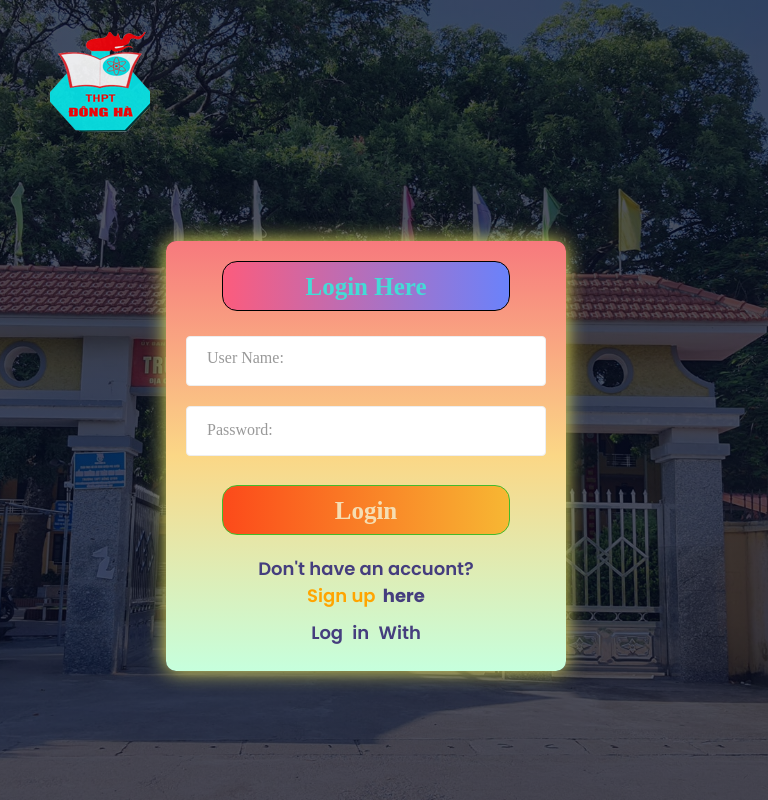
Repository: tung1233hhhhhhhhhhhhh/login-demo
Page: index.html
The author's editor kept a copy of each file at every save. The page is drawn from the files as they stood at one save, then again after the next save.
The browser window is 768 px wide. The pictures show the whole page.
Some web fonts or font styles are not loaded; a fallback is used.

Above is the page before, as saved 2023-02-08 16:18:42.

After the next save:
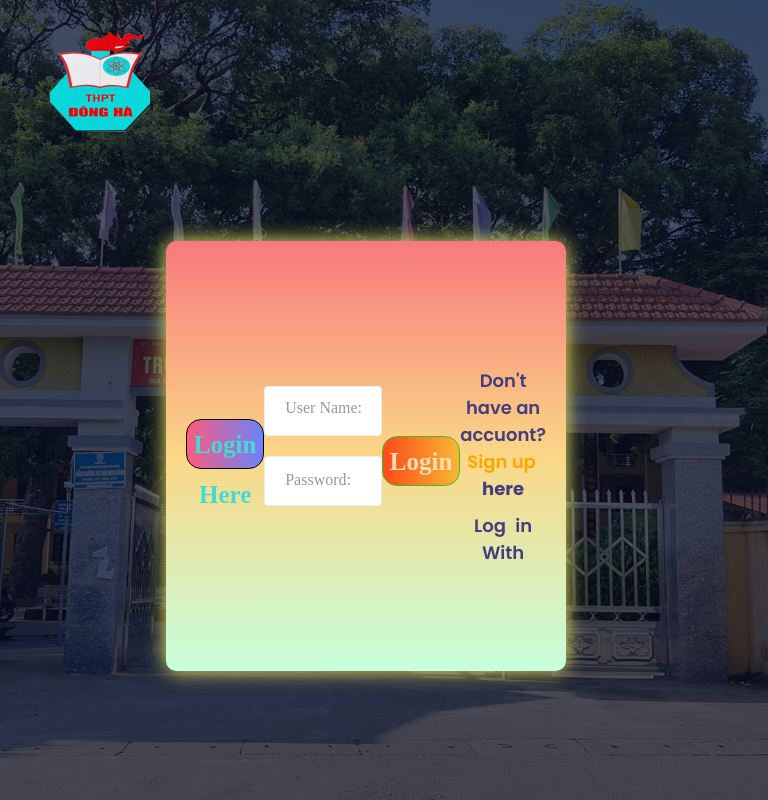
Saved 31 s later.
--- a/main.css
+++ b/main.css
@@ -193,8 +193,9 @@
 }
 
 @media screen and (max-width: 1023.98px) {
-    /* .form-box {
-        width: 80%;
-        height: 300px;
-    } */
-}
+    .form-box {
+        display: flex;
+        justify-content: center;
+        align-items: center;
+    }
+}

After the save that followed:
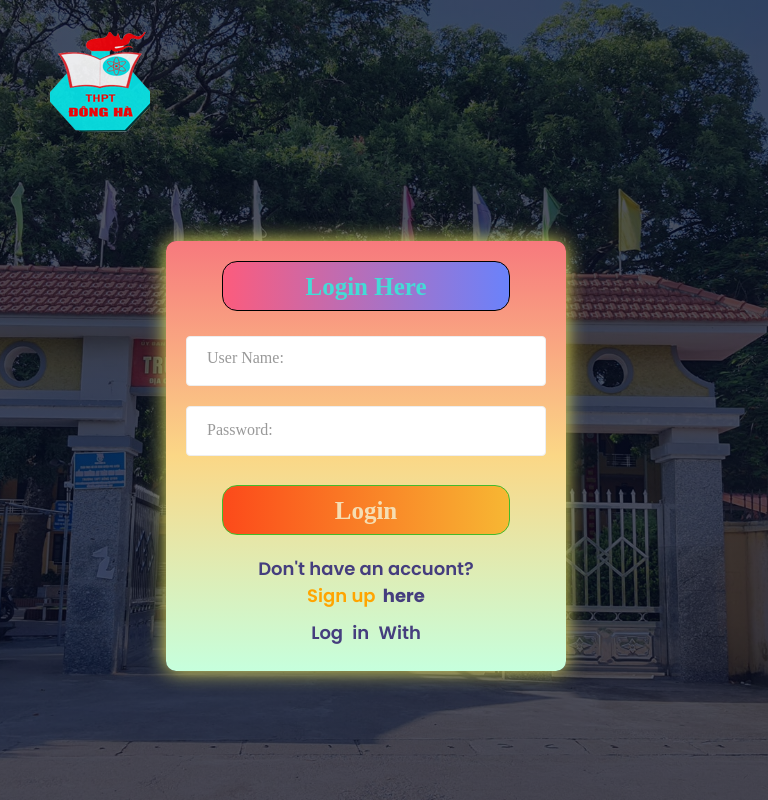
Saved 9 s later.
--- a/main.css
+++ b/main.css
@@ -193,9 +193,5 @@
 }
 
 @media screen and (max-width: 1023.98px) {
-    .form-box {
-        display: flex;
-        justify-content: center;
-        align-items: center;
-    }
+    .form-box {}
 }
